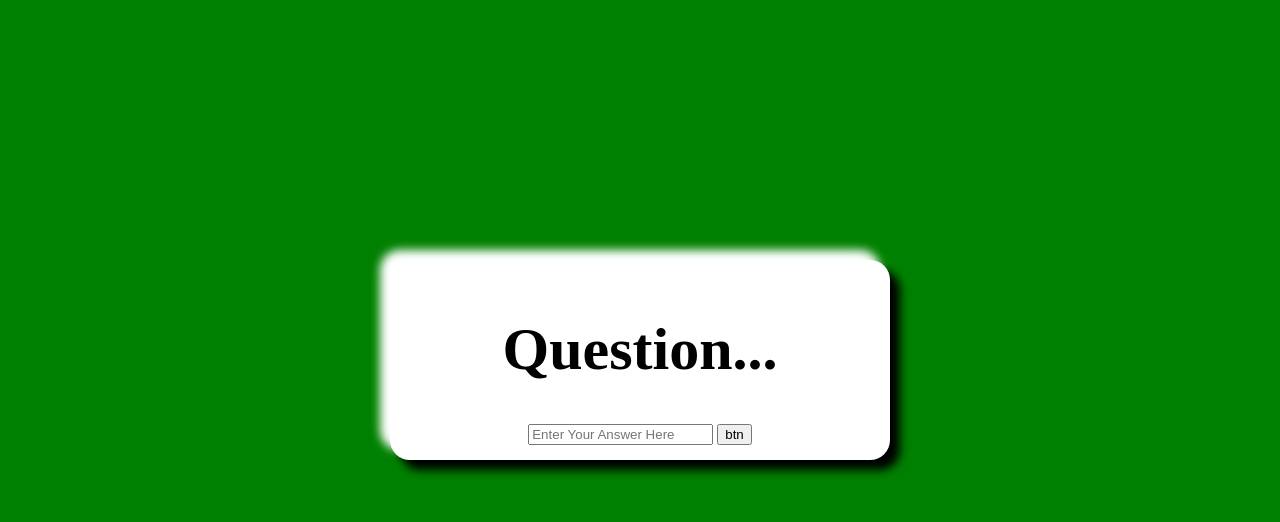
Repository: Joseph061200/Dynamic_Lab2
Page: joseph.html
The author's editor kept a copy of each file at every save. The page is drawn from the files as they stood at one save, then again after the next save.
The browser window is 1280 px wide. The pictures show the whole page.

Above is the page before, as saved 2020-02-20 14:17:27.

After the next save:
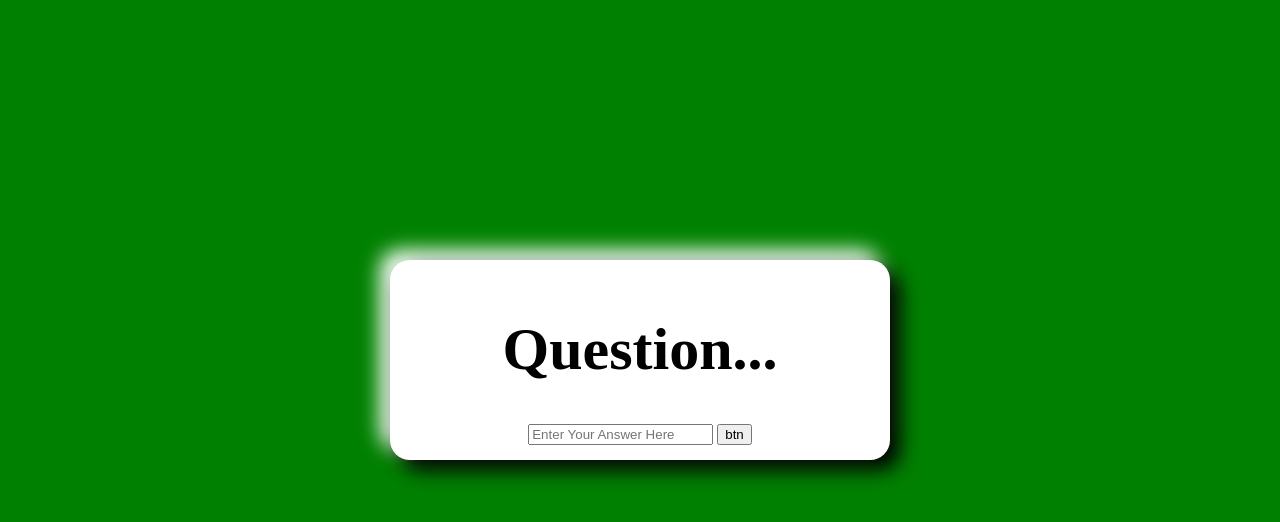
Saved 11 s later.
--- a/joseph.css
+++ b/joseph.css
@@ -19,7 +19,7 @@ body,html {
     align-items: center;
     background-color: white;
     border-radius: 20px;
-    box-shadow: 10px 10px 10px black,-10px -10px 10px white;
+    box-shadow: 10px 10px 20px black,-10px -10px 20px white;
 
 }
 h1 {
